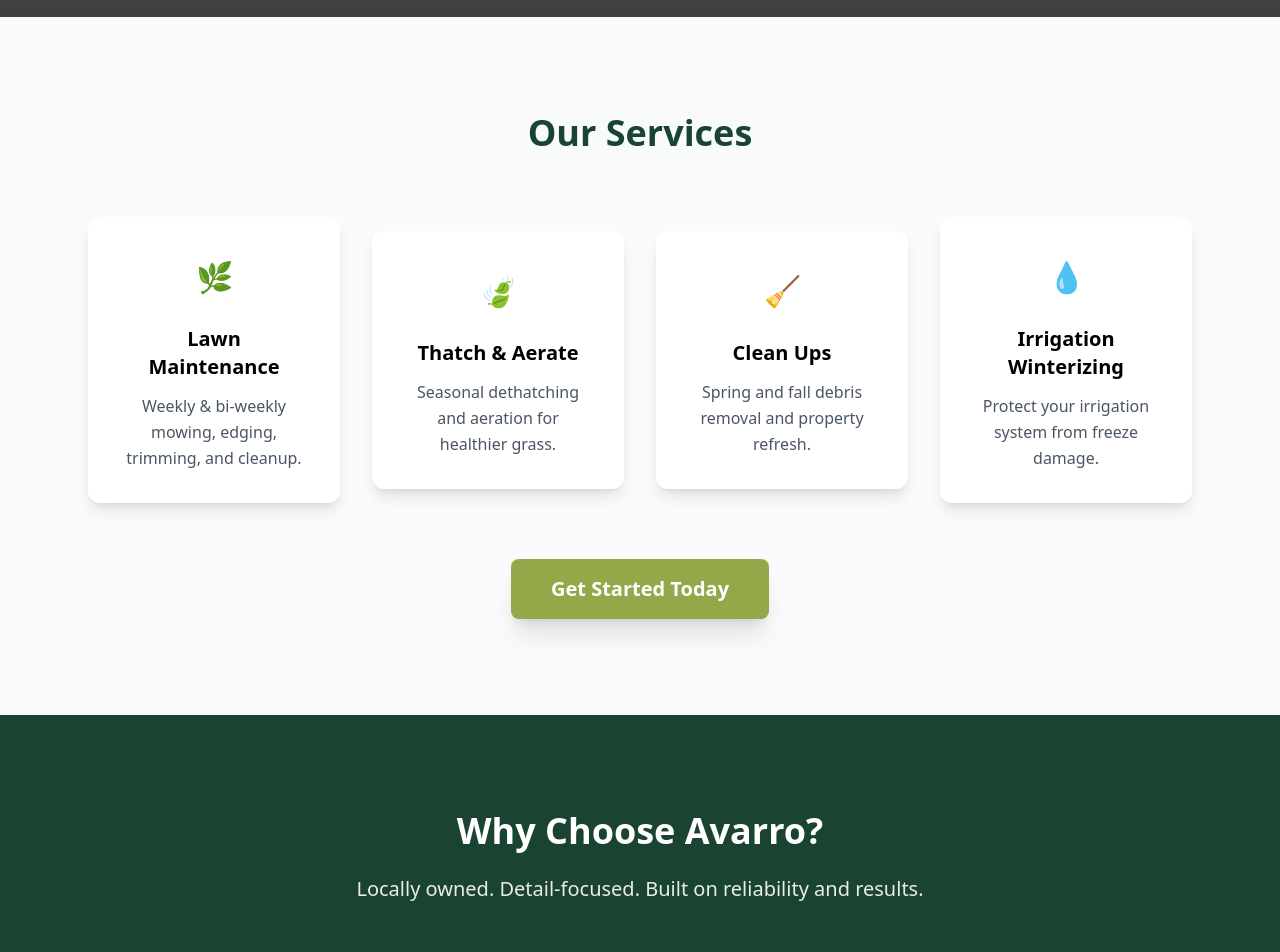
Repository: KalebMalone/Avarro
Page: /
These files come from the project's save history. The page is drawn as it stood at one moment and after the next save; the edit follows.
The browser window is 1280 px wide. The pictures show the part of the page from y = 631 to 1583 px (the page is 1718 px tall before and 1720 px after).
Pictures or frames that could not be fetched are drawn as grey boxes. The project was rebuilt for these pictures with package versions that can differ from the ones it lists, and the page was loaded fresh each time. Also part of the build but not shown: vite.config.js, src/pages/ServicesPage.jsx, src/pages/About.jsx, src/components/ContactForm.jsx, src/pages/Contact.jsx.

Above is the page before, as saved 2026-01-28 13:48:16.

After the next save:
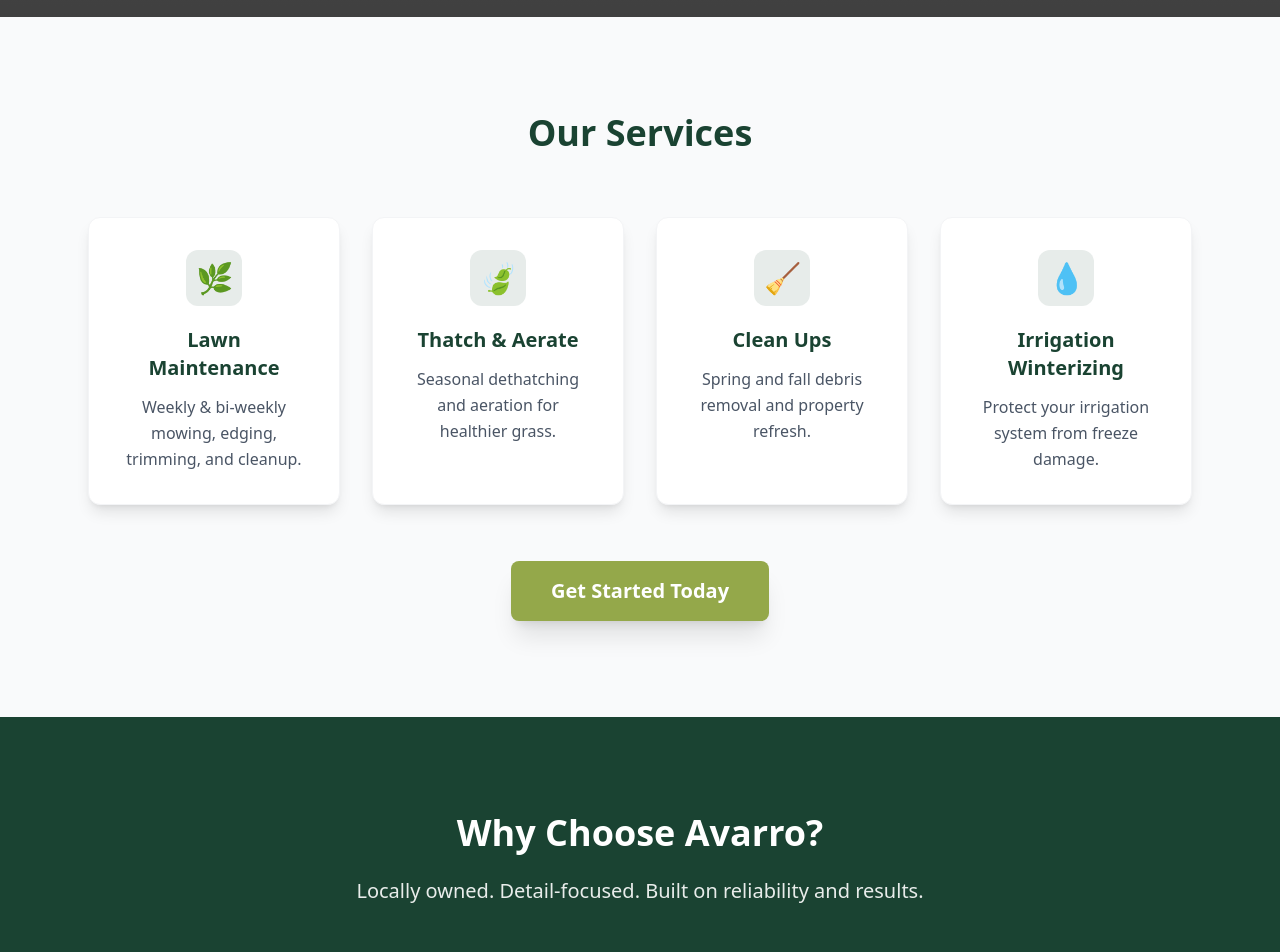
Saved 89 s later.
--- a/src/components/Services.jsx
+++ b/src/components/Services.jsx
@@ -23,24 +23,23 @@
 
 export default function Services() {
     return (
-        <div className="grid grid-cols-1 sm:grid-cols-2 lg:grid-cols-4 gap-8 place-items-center">
+        <div className="grid grid-cols-1 sm:grid-cols-2 lg:grid-cols-4 gap-8 items-stretch">
             {services.map((service, i) => (
                 <div
                     key={i}
                     className="bg-white rounded-xl p-8 shadow-lg hover:shadow-2xl transition
-                    text-center flex flex-col items-center max-w-sm w-full"
+                    text-center flex flex-col items-center w-full h-full border border-gray-100"
                 >
-                    {/* Centered icon */}
-                    <div className="w-14 h-14 rounded-xl bg-primary/10
+                    <div className="w-14 h-14 rounded-xl bg-[#1a4332]/10
                         flex items-center justify-center text-3xl mb-5">
                         {service.icon}
                     </div>
 
-                    <h3 className="text-xl font-bold text-primary mb-3">
+                    <h3 className="text-xl font-bold text-[#1a4332] mb-3">
                         {service.title}
                     </h3>
 
-                    <p className="text-gray-600 leading-relaxed">
+                    <p className="text-gray-600 leading-relaxed flex-grow">
                         {service.desc}
                     </p>
                 </div>
